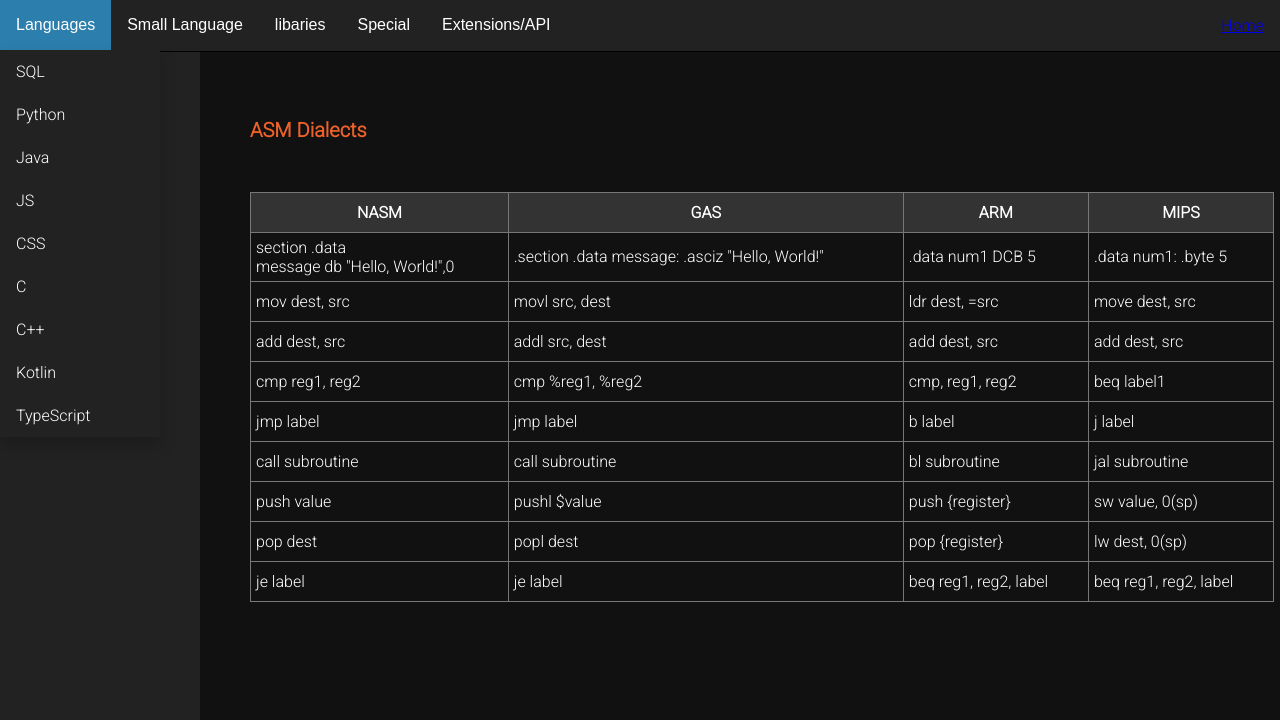
Repository: Max-Rohrhirsch/Max-Rohrhirsch.github.io
Page: documentation/special/OS/asm_dif.html
These files come from the project's save history. The page is drawn as it stood at one moment and after the next save; the edit follows.
The browser window is 1280 px wide. The pictures show the whole page.

Above is the page before, as saved 2023-10-29 18:27:56.

### documentation/special/OS/asm_dif.html
<head>
    <link rel="preconnect" href="https://fonts.googleapis.com">
    <link rel="preconnect" href="https://fonts.gstatic.com" crossorigin>
    <link href="https://fonts.googleapis.com/css2?family=Roboto:wght@300&display=swap" rel="stylesheet">
    <link rel="stylesheet" href="https://cdnjs.cloudflare.com/ajax/libs/font-awesome/4.7.0/css/font-awesome.min.css">

    <link rel="icon" type="image/x-icon" href="..../Bilder/favicon.ico">

    <link href="/home/max/Schreibtisch/Finished/Portfolio/documentation/prism.css" rel="stylesheet" />

    <link rel="stylesheet" href="/home/max/Schreibtisch/Finished/Portfolio/documentation/docStyle.css">
</head>

<script src="/jquery.js"></script>
<div id="includeHeader"></div>
<!-- ------ SIDE NAVIGATION BAR ----- -->
<div class="sidenav">
    <a href="/documentation/special/OS/OS.html">OS</a>
    <a href="/documentation/special/OS/ASM.html">ASM</a>
</div>

<div class="main">
<h2>ASM Dialects</h2>
<table>
<tr>
    <th>NASM</th>
    <th>GAS</th>
    <th>ARM</th>
    <th>MIPS</th>
</tr>
<tr>
    <td>
section .data<br>
message db "Hello, World!",0
    </td>
    <td>
.section .data
message:
    .asciz "Hello, World!"
    </td>
    <td>
.data
    num1  DCB 5
    </td>
    <td>
.data
    num1:   .byte 5
    </td>
</tr>
<tr>
    <td>mov dest, src</td>
    <td>movl src, dest</td>
    <td>ldr dest, =src</td>
    <td>move dest, src</td>
</tr>
<tr>
    <td>add dest, src</td>
    <td>addl src, dest</td>
    <td>add dest, src</td>
    <td>add dest, src</td>
</tr>
<tr>
    <td>cmp reg1, reg2</td>
    <td>cmp %reg1, %reg2</td>
    <td>cmp, reg1, reg2</td>
    <td>beq label1</td>
</tr>
<tr>
    <td>jmp label</td>
    <td>jmp label</td>
    <td>b label</td>
    <td>j label</td>
</tr>
<tr>
    <td>call subroutine</td>
    <td>call subroutine</td>
    <td>bl subroutine</td>
    <td>jal subroutine</td>
</tr>
<tr>
    <td>push value</td>
    <td>pushl $value</td>
    <td>push {register}</td>
    <td>sw value, 0(sp)</td>
</tr>
<tr>
    <td>pop dest</td>
    <td>popl dest</td>
    <td>pop {register}</td>
    <td>lw dest, 0(sp)</td>
</tr>
<tr>
    <td>je label</td>
    <td>je label</td>
    <td>beq reg1, reg2, label</td>
    <td>beq reg1, reg2, label</td>
</tr>

</table>
</div>
<div id="includeFooter"></div>

### documentation/prism.css
/* PrismJS 1.29.0
https://prismjs.com/download.html#themes=prism-okaidia&languages=markup+css+clike+javascript+arduino+armasm+bash+brainfuck+c+cpp+cilkc+cilkcpp+go+java+latex+lua+python+rust+sql&plugins=line-numbers+show-language+toolbar+copy-to-clipboard+download-button */
code[class*=language-],pre[class*=language-]{color:#f8f8f2;background:0 0;text-shadow:0 1px rgba(0,0,0,.3);font-family:Consolas,Monaco,'Andale Mono','Ubuntu Mono',monospace;font-size:1em;text-align:left;white-space:pre;word-spacing:normal;word-break:normal;word-wrap:normal;line-height:1.5;-moz-tab-size:4;-o-tab-size:4;tab-size:4;-webkit-hyphens:none;-moz-hyphens:none;-ms-hyphens:none;hyphens:none}pre[class*=language-]{padding:1em;margin:.5em 0;overflow:auto;border-radius:.3em}:not(pre)>code[class*=language-],pre[class*=language-]{background:#272822}:not(pre)>code[class*=language-]{padding:.1em;border-radius:.3em;white-space:normal}.token.cdata,.token.comment,.token.doctype,.token.prolog{color:#8292a2}.token.punctuation{color:#f8f8f2}.token.namespace{opacity:.7}.token.constant,.token.deleted,.token.property,.token.symbol,.token.tag{color:#f92672}.token.boolean,.token.number{color:#ae81ff}.token.attr-name,.token.builtin,.token.char,.token.inserted,.token.selector,.token.string{color:#a6e22e}.language-css .token.string,.style .token.string,.token.entity,.token.operator,.token.url,.token.variable{color:#f8f8f2}.token.atrule,.token.attr-value,.token.class-name,.token.function{color:#e6db74}.token.keyword{color:#66d9ef}.token.important,.token.regex{color:#fd971f}.token.bold,.token.important{font-weight:700}.token.italic{font-style:italic}.token.entity{cursor:help}
pre[class*=language-].line-numbers{position:relative;padding-left:3.8em;counter-reset:linenumber}pre[class*=language-].line-numbers>code{position:relative;white-space:inherit}.line-numbers .line-numbers-rows{position:absolute;pointer-events:none;top:0;font-size:100%;left:-3.8em;width:3em;letter-spacing:-1px;border-right:1px solid #999;-webkit-user-select:none;-moz-user-select:none;-ms-user-select:none;user-select:none}.line-numbers-rows>span{display:block;counter-increment:linenumber}.line-numbers-rows>span:before{content:counter(linenumber);color:#999;display:block;padding-right:.8em;text-align:right}
div.code-toolbar{position:relative}div.code-toolbar>.toolbar{position:absolute;z-index:10;top:.3em;right:.2em;transition:opacity .3s ease-in-out;opacity:0}div.code-toolbar:hover>.toolbar{opacity:1}div.code-toolbar:focus-within>.toolbar{opacity:1}div.code-toolbar>.toolbar>.toolbar-item{display:inline-block}div.code-toolbar>.toolbar>.toolbar-item>a{cursor:pointer}div.code-toolbar>.toolbar>.toolbar-item>button{background:0 0;border:0;color:inherit;font:inherit;line-height:normal;overflow:visible;padding:0;-webkit-user-select:none;-moz-user-select:none;-ms-user-select:none}div.code-toolbar>.toolbar>.toolbar-item>a,div.code-toolbar>.toolbar>.toolbar-item>button,div.code-toolbar>.toolbar>.toolbar-item>span{color:#bbb;font-size:.8em;padding:0 .5em;background:#f5f2f0;background:rgba(224,224,224,.2);box-shadow:0 2px 0 0 rgba(0,0,0,.2);border-radius:.5em}div.code-toolbar>.toolbar>.toolbar-item>a:focus,div.code-toolbar>.toolbar>.toolbar-item>a:hover,div.code-toolbar>.toolbar>.toolbar-item>button:focus,div.code-toolbar>.toolbar>.toolbar-item>button:hover,div.code-toolbar>.toolbar>.toolbar-item>span:focus,div.code-toolbar>.toolbar>.toolbar-item>span:hover{color:inherit;text-decoration:none}

### documentation/docStyle.css
:root {
    --main-special-color: #ee622a;
    --main-bg-color: #111;
    transition: 3s;
    scroll-behavior: smooth;
}

body {
    background-color: var(--main-bg-color);
    color: white;
    font-family: 'Roboto', sans-serif;
    margin: 0;
    min-height: max-content;
}


/* ----------------------------- MAIN STUFF --------------------------------------- */
red { color: red }
orange { color: orange }
green { color: green }

.nav1 {
    position: fixed;
    background-color: #222;
    border-bottom: 1px solid black;
    width: 100%;

    z-index: 2;
}

/* ---- DROPDOWN ---- */

.dropbtn {
    background-color: #222;
    color: white;

    padding: 16px;
    font-size: 16px;
    border: none;
    cursor: pointer;
  }

  .dropdown {
    position: relative;
    display: inline-block;
  }

  .dropdown-content {
    display: none;
    position: absolute;
    right: 0;

    background-color: #222;
    min-width: 160px;
    box-shadow: 0px 8px 16px 0px rgba(0,0,0,0.2);
  }

  .dropdown-content a {
    color: White;
    padding: 12px 16px;
    text-decoration: none;
    display: block;
  }

  .dropdown-content a:hover { background-color: #333 }
  .dropdown:hover .dropdown-content { display: block }
  .dropdown:hover .dropbtn { background-color: #2c7ead }


/* ------------ Site Navigation ----------- */

.sidenav {
    height: 100%;
    width: 200px;

    position: fixed;
    top: 51px;
    left: 0;

    background-color: #222;
    overflow-x: hidden;
    z-index: 1;
  }

  .sidenav a, .dropdown-btn {
    padding: 6px 8px 6px 16px;

    text-decoration: none;
    font-size: 20px;
    color: white;

    display: block;
    border: none;
    background: none;

    width: 100%;
    text-align: left;
    cursor: pointer;
    outline: none;
  }

  .sidenav a:hover, .dropdown-btn:hover { background-color: #2c7ead }

  .active {
    background-color: green;
    color: white;
  }

  .dropdown-container {
    display: none;
    background-color: #333;
  }

  .fa-caret-down {
    float: right;
    padding-right: 8px;
  }

  @media screen and (max-height: 450px) {
    .sidenav { padding-top: 15px }
    .sidenav a { font-size: 18px }
  }


/* ------------ Main ----------- */
.main {
    display: block;
    position:absolute;
    top: 51px;
    left: 200px;

    padding: 50px;
    font-size: 18px;

    min-height: 100%;
    width: 80vw;
}

.main h2 {
    font-size: 20px;
    color: #ee622a;
}

.main a {
    color: rgb(44, 172, 65);
    margin-bottom: 20px;
    display: block;
}

img {
    display: block;
    margin-top: 20px;
}
img:hover {
    cursor: pointer;
}



/* ------------ CODE ----------- */

out {
    display: block;
    width: calc(100% - 40px);
    background-color: #333;

    padding: 20px;
    margin-top: 15px;
    border-radius: 10px;
}

.wrapper {
    display: grid;
    font-size: 18px;
    grid-template-columns: repeat(3, 1fr);
    gap: 10px;
}

.wrapper pre {
    height: calc(100% - 50px);
}

.half {
    display: grid;
    grid-template-columns: repeat(2, 1fr);
    gap: 10px;
}
.half pre {
    height: calc(100% - 50px);
}

/* ------------ Table ----------- */

table {
    width: calc(100% );
    border: 1px solid #777;
    margin-top: 50px;
    border-collapse:collapse;
}

th {
    border: 1px solid #777;
    background-color: #333;
    padding: 10px;

}

td {
    border: 1px solid #777;
    padding: 5px;
    height: 40px;
}


/* ------------ Buttons ----------- */

.pre, .next {
    display: inline-block;
    margin-top: 10px;
}
.pre:hover, .next:hover { cursor: pointer }

.pre { float: left }
.next { float: right }





/* ------------ Image ----------- */
.modal {
    z-index:2;
    display:none;
    padding-top:10px;
    position:fixed;
    left:0;
    top:0;
    width:100%;
    height:100%;
    overflow:auto;
    background-color:rgb(0,0,0);
    background-color:rgba(0,0,0,0.8)
}

.modal-content {
    margin: auto;
    display: block;
    position: absolute;
    top: 50%;
    left: 50%;
    transform: translate(-50%, -50%);
}


.modal-hover-opacity {
    opacity:1;
    filter:alpha(opacity=100);
}

.modal-hover-opacity:hover {
    opacity:0.60;
    filter:alpha(opacity=60);
}


.close {
    text-decoration:none;

    position: fixed;
    right:20px;
    top: 20px;

    font-size:24px;
    font-weight:bold;
    color:white;
    cursor: pointer;
}

img {
    width: 500px;
    display: block;
}

.modal-content, #caption {
    -webkit-animation-name: zoom;
    -webkit-animation-duration: 0.6s;
    animation-name: zoom;
    animation-duration: 0.6s;
}

@keyframes zoom {
    from {transform:scale(0)}
    to {transform:scale(1)}
}

@media only screen and (max-width: 1300px) {
    .wrapper {
        grid-template-columns: repeat(2, 1fr);
    }
    .half {
        grid-template-columns: repeat(1, 1fr);
    }

}
@media only screen and (max-width: 1000px) {
    .wrapper {
        grid-template-columns: repeat(1, 1fr);
    }
}

### header.html
<html>
    <head>
        <title>Documentation</title>

        <meta name="viewport" content="width=device-width, initial-scale=1">
        <meta name="description" lang="en" content="Documentation of many things I learned">
        <meta name="keywords" content="HTML, CSS, JavaScript, Coding, max">
        <meta name="author" content="Rohrhirsch Max">

        <link rel="preconnect" href="https://fonts.googleapis.com">
        <link rel="preconnect" href="https://fonts.gstatic.com" crossorigin>
        <link href="https://fonts.googleapis.com/css2?family=Roboto:wght@300&display=swap" rel="stylesheet">
        <link rel="stylesheet" href="https://cdnjs.cloudflare.com/ajax/libs/font-awesome/4.7.0/css/font-awesome.min.css">

        <link rel="icon" type="image/x-icon" href="/Bilder/favicon.ico">

        <link href="/documentation/prism.css" rel="stylesheet" />

        <link rel="stylesheet" href="/documentation/docStyle.css">
        <link rel="icon" type="image/x-icon" href="/Bilder/favicon.ico">
    </head>
    <body>
        <!-- ------ TOP NAVIGATION BAR ----- -->
        <nav class="nav1">
            <div class="dropdown" style="float:left;">
                <button class="dropbtn">Languages</button>
                <div class="dropdown-content" style="left:0;">
                    <a href="/documentation/languages/sql/sql.html">SQL</a>
                    <a href="/documentation/languages/python/python.html">Python</a>
                    <a href="/documentation/languages/java/java.html">Java</a>
                    <a href="/documentation/languages/js.html">JS</a>
                    <a href="/documentation/languages/css.html">CSS</a>
                    <a href="/documentation/languages/c.html">C</a>
                    <a href="/documentation/languages/cpp.html">C++</a>
                    <a href="/documentation/languages/Kotlin.html">Kotlin</a>
                    <a href="/documentation/languages/typescript.html">TypeScript</a>
                </div>
            </div>
            <div class="dropdown" style="float:left;">
                <button class="dropbtn">Small Language</button>
                <div class="dropdown-content" style="left:0;">
                    <a href="/documentation/small/bash.html">Bash</a>
                    <a href="/documentation/small/rust.html">Rust</a>
                    <a href="/documentation/small/go.html">GO</a>
                    <a href="/documentation/small/csharp.html">C#</a>
                    <a href="/documentation/small/brainfuck.html">BrainFuck</a>
                </div>
            </div>
            <div class="dropdown" style="float:left;">
                <button class="dropbtn">libaries</button>
                <div class="dropdown-content" style="left:0;">
                    <a href="/documentation/libaries/socket.html">Socket</a>
                    <a href="/documentation/libaries/tenserflow.html">Tenserflow</a>
                    <a href="/documentation/libaries/regex.html">Regex</a>
                    <a href="/documentation/libaries/angular.html">Angular</a>
                    <a href="/documentation/libaries/Git.html">Git</a>
                </div>
            </div>
            <div class="dropdown" style="float:left;">
                <button class="dropbtn">Special</button>
                <div class="dropdown-content" style="left:0;">
                    <a href="/documentation/special/computer.html">Computer</a>
                    <a href="/documentation/special/linux.html">Linux</a>
                    <a href="/documentation/special/arduino.html">Arduino</a>
                    <a href="/documentation/special/game.html">Game Maker</a>
                    <a href="/documentation/special/unity.html">Unity</a>
                    <a href="/documentation/special/OS/OS.html">OS</a>
                    <a href="/documentation/special/hacking.html">Hacking</a>
                </div>
            </div>
            <div class="dropdown" style="float:left;">
                <button class="dropbtn">Extensions/API</button>
                <div class="dropdown-content" style="left:0;">
                    <a href="/documentation/extension/chrome.html">Chrome Extension</a>
                    <a href="/documentation/extension/discord.html">Discord Bot</a>
                    <a href="/documentation/extension/computercraft.html">Computercraft</a>
                    <a href="/documentation/extension/LaTeX.html">LaTeX</a>
                </div>
            </div>
            <div class="dropdown dropbtn" style="float:right;">
                <a href="https://max-rohrhirsch.github.io/documentation/documentation.html">Home</a>
            </div>
        </nav>

        <!-- ------ SIDE NAVIGATION BAR ----- -->

### footer.html

<a class="pre">Previous</a>
<a class="next">Next</a>
</div>

<div id="modal01" class="modal" onclick="this.style.display='none'">
<span class="close">X</span>
<div class="modal-content">
  <img id="img01" style="max-width:100%">
</div>
</div>


<!-- ------ SCRIPT FOR DROPDOWN ----- -->
<script>
var dropdown = document.getElementsByClassName("dropdown-btn");
var i;

for (i = 0; i < dropdown.length; i++) {
  dropdown[i].addEventListener("click", function() {
    this.classList.toggle("active");
    var dropdownContent = this.nextElementSibling;
    if (dropdownContent.style.display === "block") {
      dropdownContent.style.display = "none";
    } else {
      dropdownContent.style.display = "block";
    }
  });
}
</script>
<script src="/documentation/prism.js"></script>
<script>
function onClick(element) {
    document.getElementById("img01").src = element.src;
    document.getElementById("modal01").style.display = "block";
}
</script>
</body>
</html>

Loaded but not shown: jquery.js (library); documentation/prism.js (library)

After the next save:
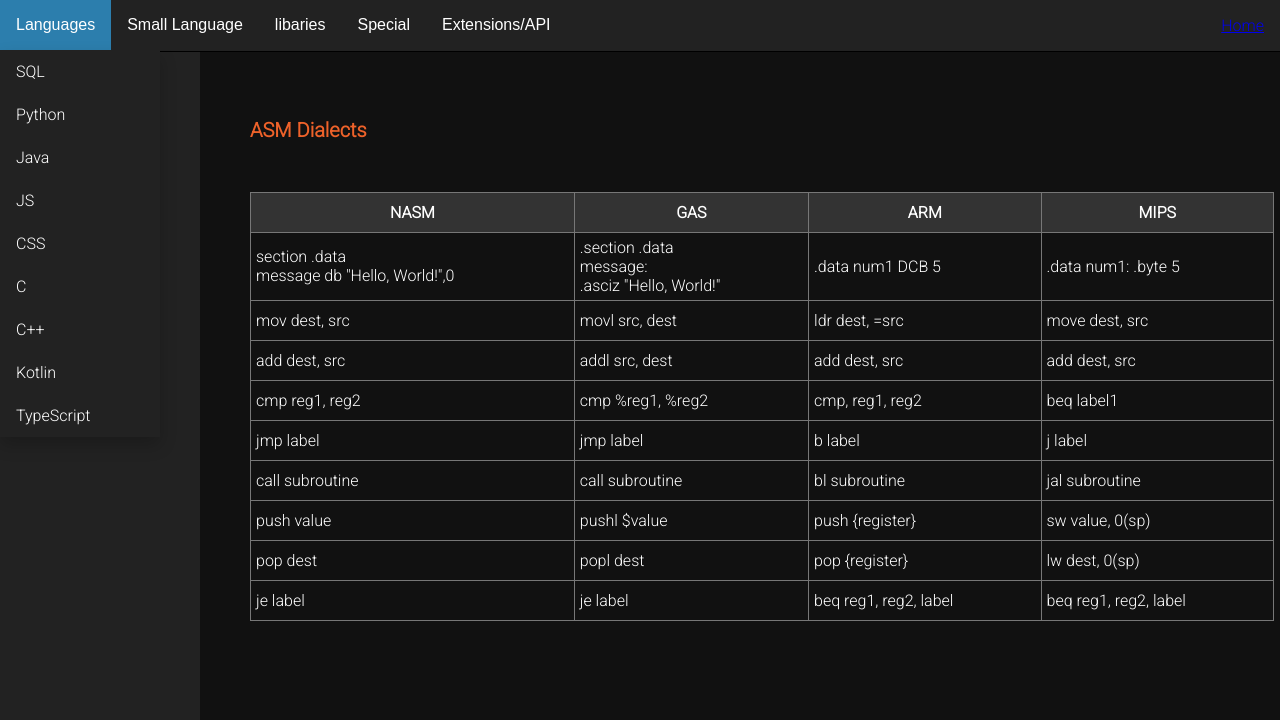
Saved 18 s later.
--- a/documentation/special/OS/asm_dif.html
+++ b/documentation/special/OS/asm_dif.html
@@ -34,8 +34,8 @@ section .data<br>
 message db "Hello, World!",0
     </td>
     <td>
-.section .data
-message:
+.section .data<br>
+message:<br>
     .asciz "Hello, World!"
     </td>
     <td>
